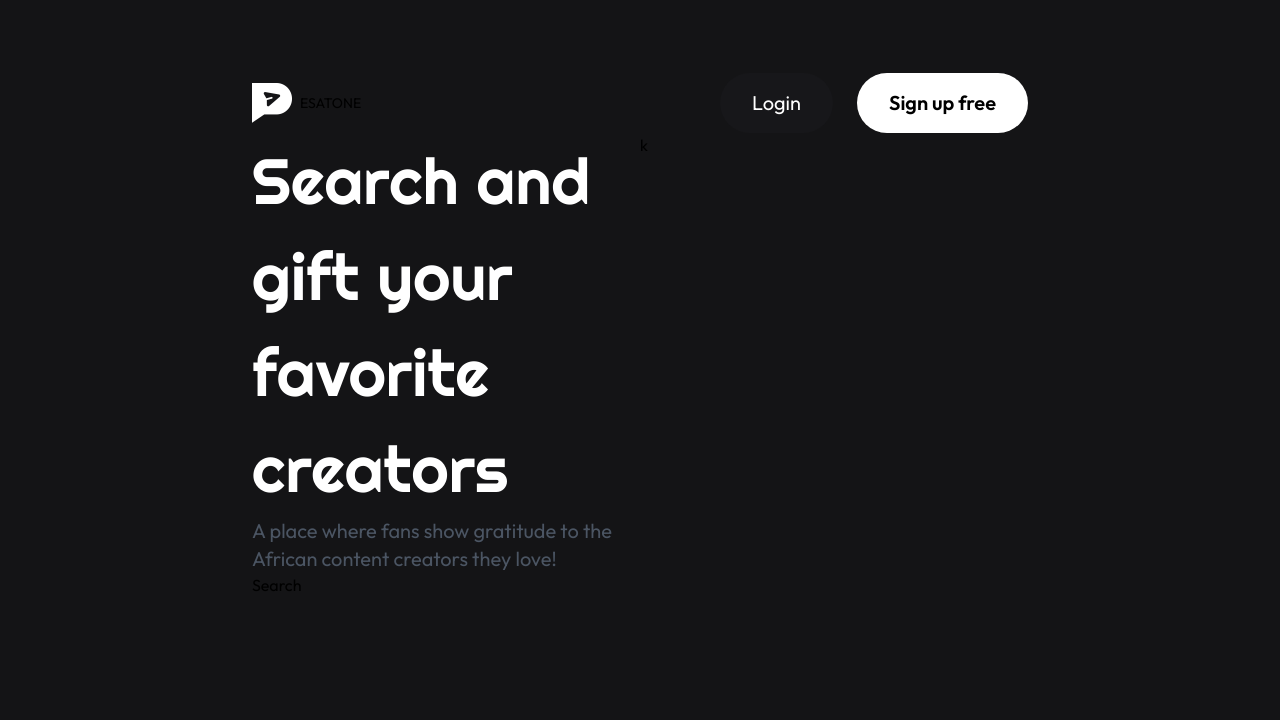
Repository: felixdusengimana/capstone-project-mirror
Page: / (app in frontend/)
These files come from the project's save history. The page is drawn as it stood at one moment and after the next save; the edit follows.
The browser window is 1280 px wide. The pictures show the whole page.
The project was rebuilt for these pictures with package versions that can differ from the ones it lists, and the page was loaded fresh each time. The framework's server and built-in components were replaced by stand-ins that run in the browser. Also part of the build but not shown: frontend/next.config.mjs.

Above is the page before, as saved 2024-03-11 12:08:11.

After the next save:
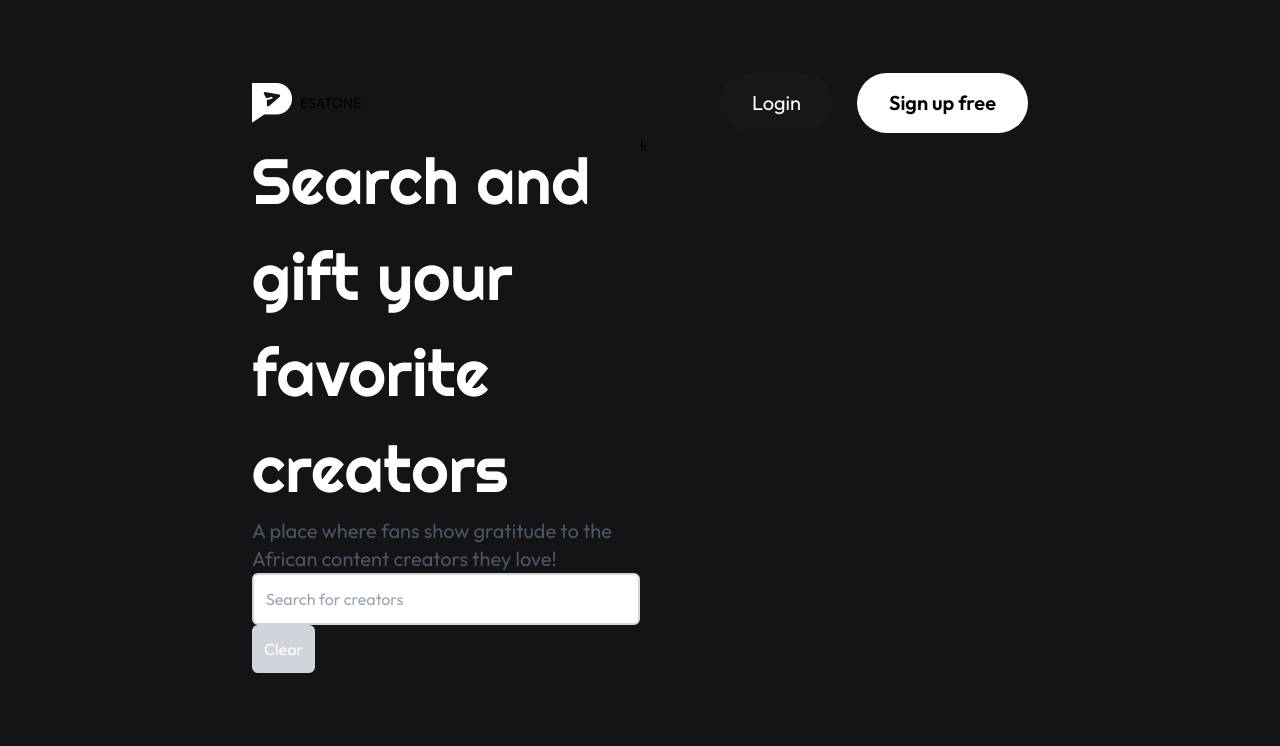
Saved 13 s later.
--- a/frontend/components/molecules/Search.tsx
+++ b/frontend/components/molecules/Search.tsx
@@ -5,6 +5,26 @@ interface SearchProps extends ComponentProps<"div"> {
   onSearch?: (query: string) => void;
   onClear?: () => void;
 }
-export default function Search() {
-  return <div>Search</div>;
+export default function Search({
+  placeholder = "Search for creators",
+  onSearch,
+  onClear,
+  ...props
+}: SearchProps) {
+  return (
+    <div {...props}>
+      <input
+        type="text"
+        placeholder={placeholder}
+        className="w-full border-2 border-gray-300 rounded-md p-3"
+        onChange={(e) => onSearch?.(e.target.value)}
+      />
+      <button
+        onClick={onClear}
+        className="bg-gray-300 text-white rounded-md p-3"
+      >
+        Clear
+      </button>
+    </div>
+  );
 }
